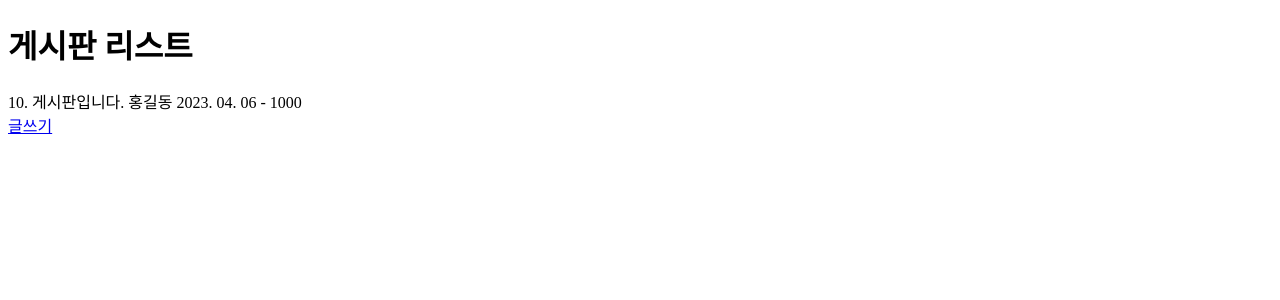
Repository: nsj2204/spring2
Page: http://localhost/ex01/notice/list.do
The author's editor kept a copy of each file at every save. The page is drawn from the files as they stood at one save, then again after the next save.
The browser window is 1280 px wide. The pictures show the whole page.
The page is served by Tomcat 9. Other server files are loaded and not shown.

Above is the page before, as saved 2023-04-06 02:33:29.

### ex01/src/main/webapp/WEB-INF/views/notice/list.jsp
<%@ page language="java" contentType="text/html; charset=UTF-8"
    pageEncoding="UTF-8"%>
<!DOCTYPE html>
<html>
<head>
<meta charset="UTF-8">
<title>Insert title here</title>
</head>
<body>
<h1>게시판 리스트</h1>
<div onclick='location="view.do?no=10&inc=1"'>10. 게시판입니다. 홍길동 2023. 04. 06 - 1000</div>
<a href="write.do">글쓰기</a>
</body>
</html>

After the next save:
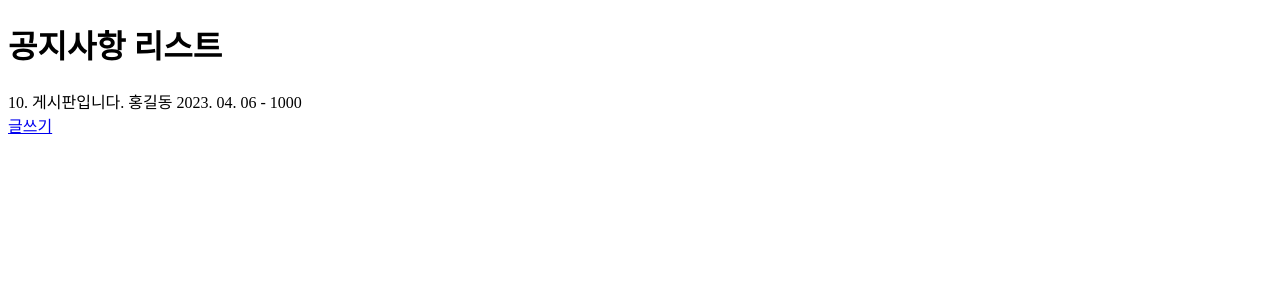
Saved 41 s later.
--- a/ex01/src/main/webapp/WEB-INF/views/notice/list.jsp
+++ b/ex01/src/main/webapp/WEB-INF/views/notice/list.jsp
@@ -7,7 +7,7 @@
 <title>Insert title here</title>
 </head>
 <body>
-<h1>게시판 리스트</h1>
+<h1>공지사항 리스트</h1>
 <div onclick='location="view.do?no=10&inc=1"'>10. 게시판입니다. 홍길동 2023. 04. 06 - 1000</div>
 <a href="write.do">글쓰기</a>
 </body>
